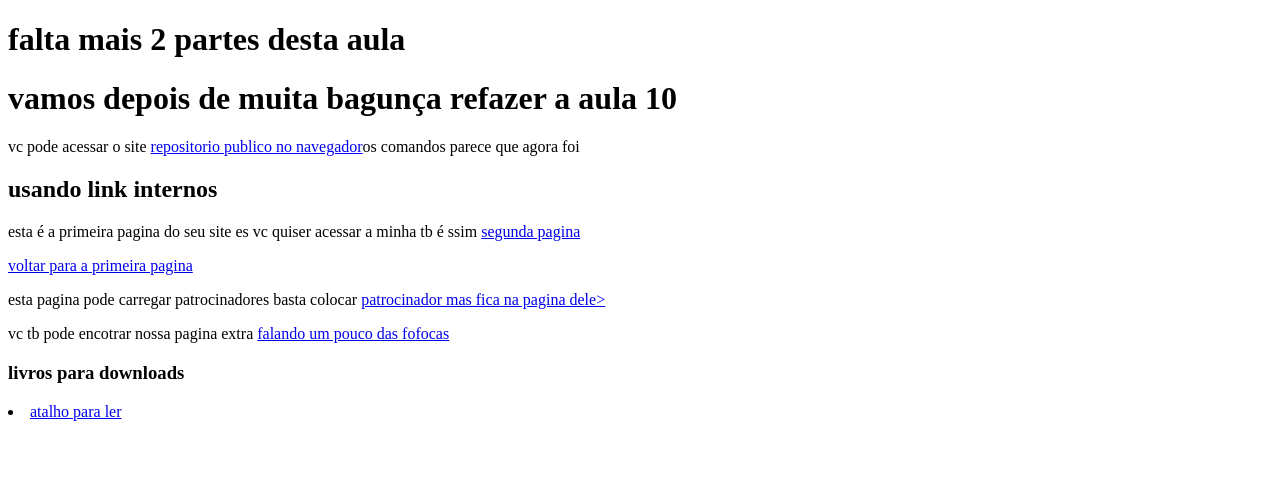
Repository: DorivalJunior14/exercicios
Page: aula10.html/pagoo2.html
An editor plug-in stored every save of this project. The page is shown before and after a run of saves, followed by the edit.
The browser window is 1280 px wide. The pictures show the whole page.

Above is the page before, as saved 2020-12-08 11:19:18.

After the next 2 saves:
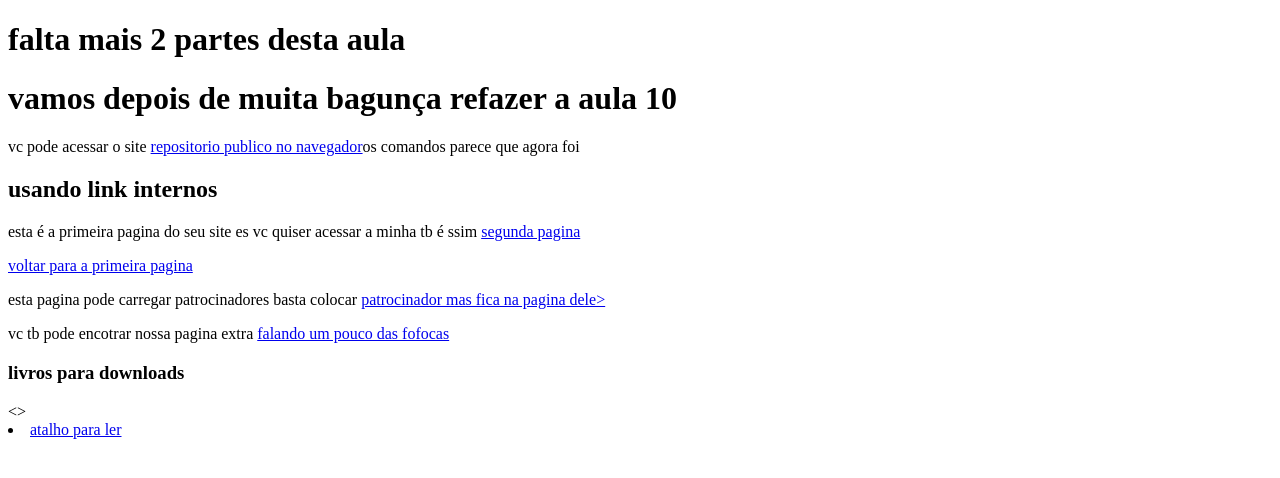
The 2 saves are shown as one change because they came seconds apart.
The last was saved 16 s later.
--- a/aula10.html/pagoo2.html
+++ b/aula10.html/pagoo2.html
@@ -16,8 +16,8 @@
   </p><!-- o patrocinador não fica vinculado ou direto na pagina dele, vc pode desconsiderar-->
   <p>vc tb pode encotrar nossa pagina extra <a href="noticias/pag003.html">falando um pouco das fofocas </a></p>
   <h3>livros para downloads</h3>
-  <a>
+  <>
     <li><a href="meulivro/empdf>">atalho para ler</a></li>
-  </a
+
 </body>
 </html>

After the 2 saves that followed:
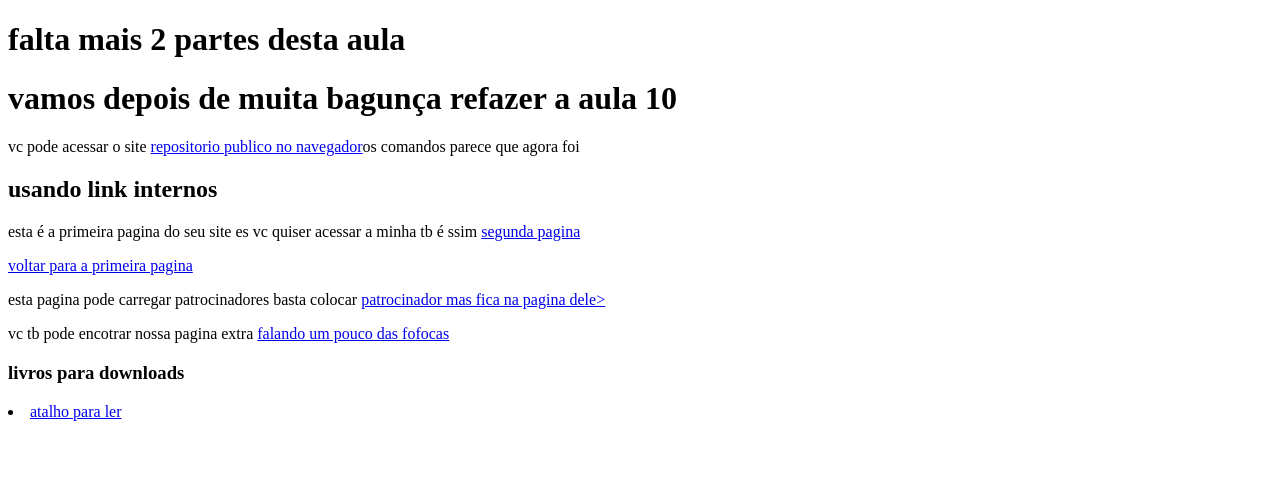
The 2 saves are shown as one change because they came seconds apart.
The last was saved 10 s later.
--- a/aula10.html/pagoo2.html
+++ b/aula10.html/pagoo2.html
@@ -16,7 +16,7 @@
   </p><!-- o patrocinador não fica vinculado ou direto na pagina dele, vc pode desconsiderar-->
   <p>vc tb pode encotrar nossa pagina extra <a href="noticias/pag003.html">falando um pouco das fofocas </a></p>
   <h3>livros para downloads</h3>
-  <>
+
     <li><a href="meulivro/empdf>">atalho para ler</a></li>
 
 </body>
